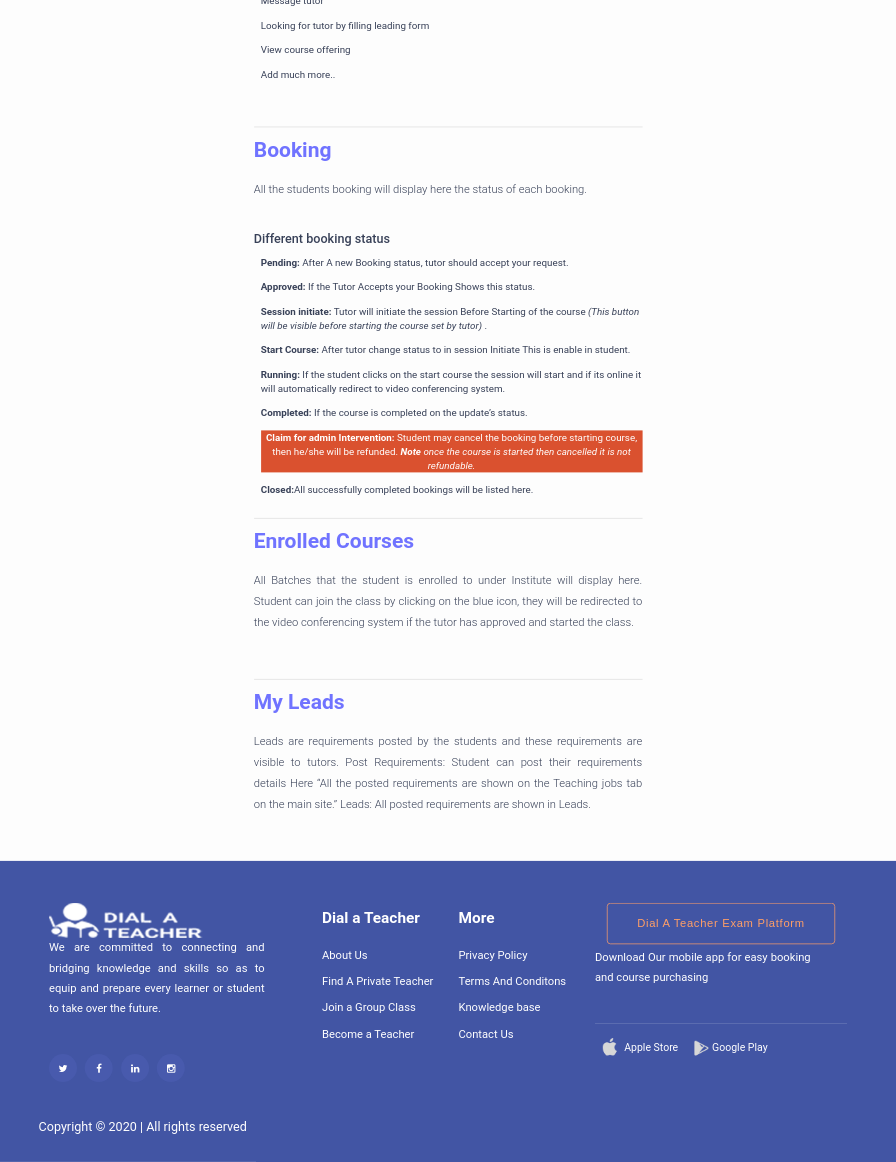
Repository: Samkiroko/DAT_knowledge
Page: details_st_db.html
An editor plug-in stored every save of this project. The page is shown before and after the next save, followed by the edit.
The browser window is 1280 px wide. The pictures show the part of the page from y = 1327 to 3247 px (the page is 2987 px tall before and 3247 px after), at 70% of full size.

Above is the page before, as saved 2020-12-15 09:40:38.
Console error: TypeError: e.indexOf is not a function

After the next save:
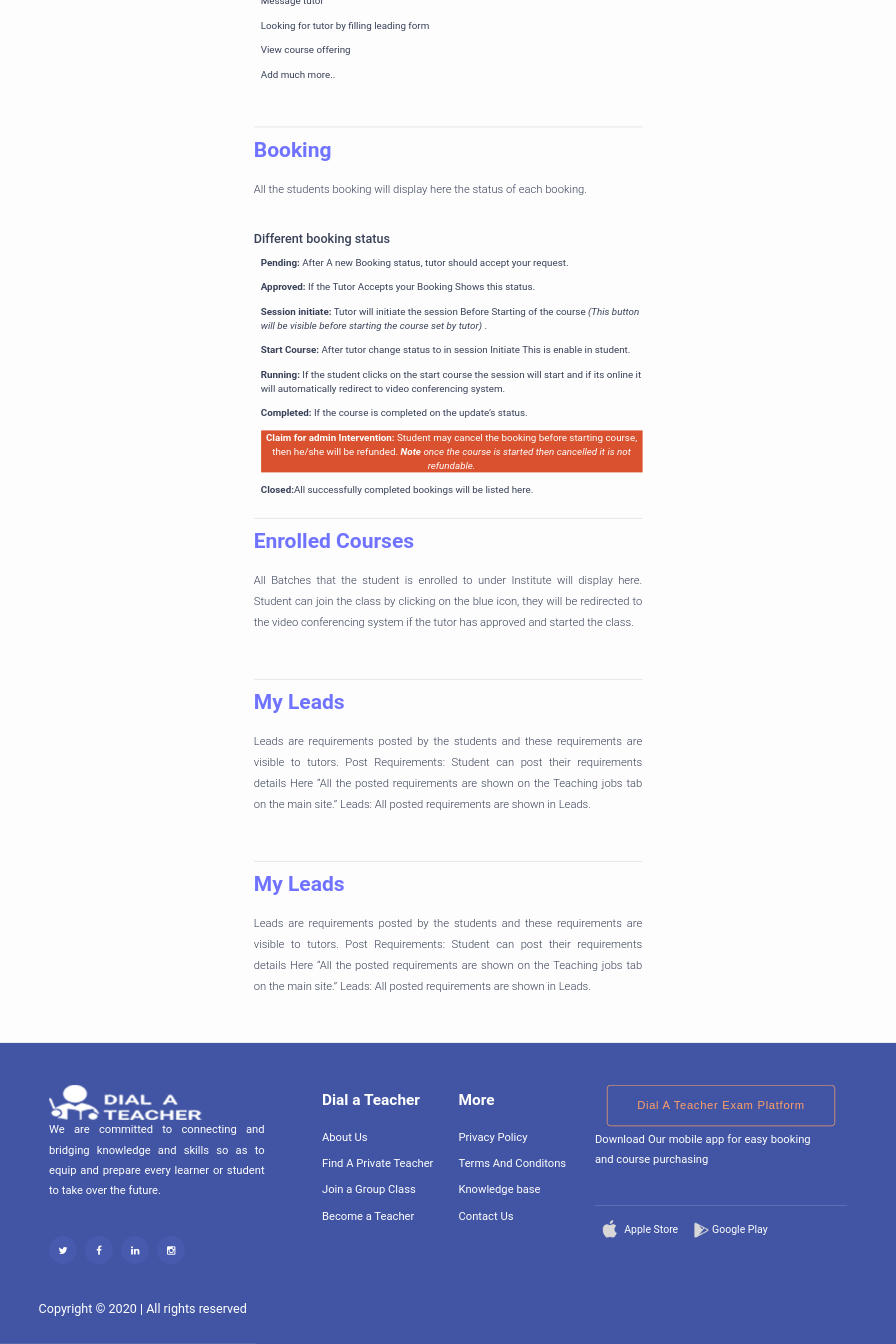
Saved 4 min 2 s later.
--- a/details_st_db.html
+++ b/details_st_db.html
@@ -233,6 +233,14 @@
                     Leads: All posted requirements are shown in Leads.
                   </p>
                 </div>
+                <div class="mwb-article-section__content-wrap">
+                  <h2>My Leads</h2>
+                  <p>Leads are requirements posted by the students and these requirements are visible to tutors.
+                    Post Requirements: Student can post their requirements details Here <q>All the posted requirements
+                      are shown on the Teaching jobs tab on the main site.</q>
+                    Leads: All posted requirements are shown in Leads.
+                  </p>
+                </div>
               </div>
             </div>
             <div class="col-lg-3 col-md-3 col-sm-3 col-xs-12" id="myScrollspy">
